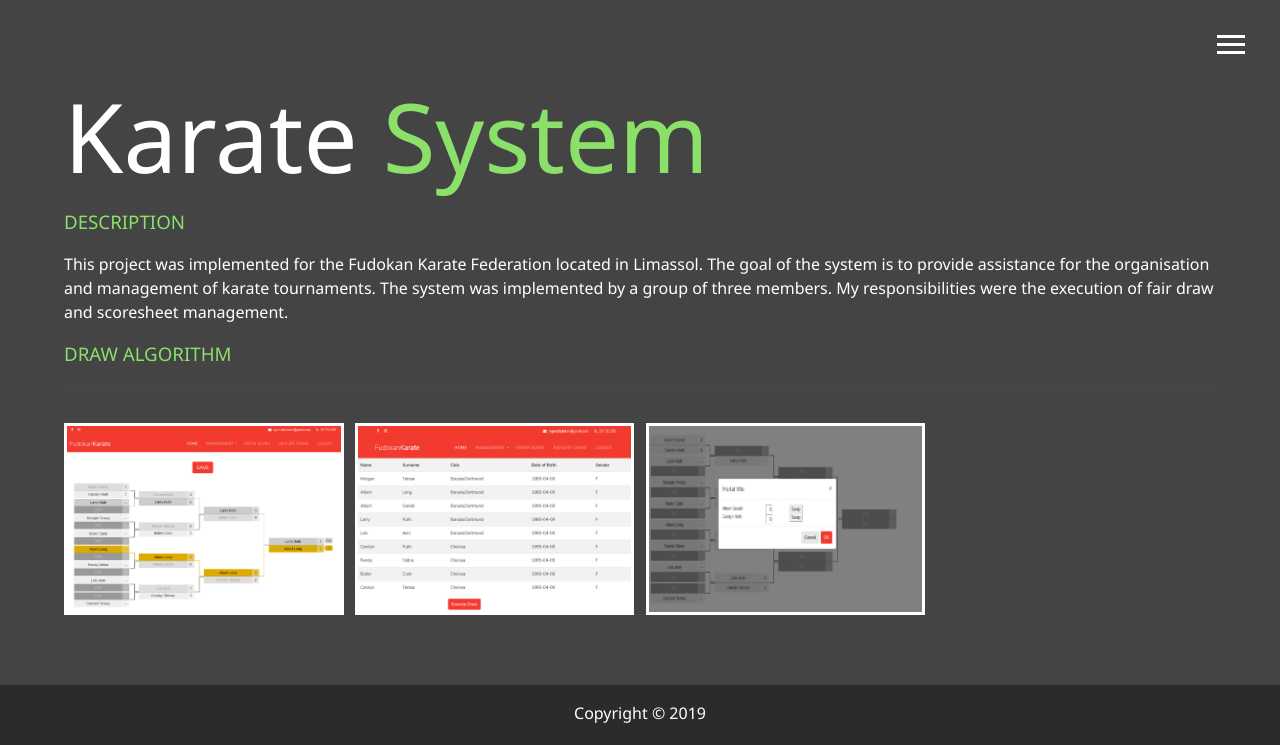
Repository: Preap/portfolio
Page: dist/projects/karate.html
The author's editor kept a copy of each file at every save. The page is drawn from the files as they stood at one save, then again after the next save.
The browser window is 1280 px wide. The pictures show the whole page.
Some web libraries are served in a nearby version.

Above is the page before, as saved 2019-06-06 00:59:22.

### dist/projects/karate.html
<!DOCTYPE html>
<html lang="en">
  <head>
    <meta charset="UTF-8" />
    <meta name="viewport" content="width=device-width, initial-scale=1.0" />
    <meta http-equiv="X-UA-Compatible" content="ie=edge" />
    <link
      rel="stylesheet"
      href="https://use.fontawesome.com/releases/v5.6.1/css/all.css"
      integrity="sha384-gfdkjb5BdAXd+lj+gudLWI+BXq4IuLW5IT+brZEZsLFm++aCMlF1V92rMkPaX4PP"
      crossorigin="anonymous"
    />
    <link rel="stylesheet" href="../css/main.css" />
    <title>My Karate Project</title>
  </head>
  <body>
    <header>
      <div class="menu-btn">
        <div class="btn-line"></div>
        <div class="btn-line"></div>
        <div class="btn-line"></div>
      </div>

      <nav class="menu">
        <div class="menu-branding"><div class="portrait"></div></div>

        <ul class="menu-nav">
          <li class="nav-item">
            <a href="../index.html" class="nav-link"> Home </a>
          </li>
          <li class="nav-item">
            <a href="../about.html" class="nav-link"> My Experience </a>
          </li>
          <li class="nav-item">
            <a href="../work.html" class="nav-link current"> My Projects </a>
          </li>
          <li class="nav-item">
            <a href="../contact.html" class="nav-link"> Contact Me </a>
          </li>
        </ul>
      </nav>
    </header>

    <main id="work">
      <h1 class="lg-heading">
        Karate <span class="text-secondary">System</span>
      </h1>

      <div class="project-description">
        <h3 class="text-secondary">DESCRIPTION</h3>
        <p>
          This project was implemented for the Fudokan Karate Federation located in Limassol.
          The goal of the system is to provide assistance for the organisation and management of karate tournaments.
          The system was implemented by a group of three members. My responsibilities were the execution of fair draw
          and scoresheet management.
        </p>
        <h3 class="text-secondary">DRAW ALGORITHM</h3>
        <p>

        </p>
      </div>
      <h2 class="sm-heading"></h2>
      <div class="projects">
        <div class="item">
          <a href="#!">
            <img src="../img/projects/karate/image1.png" alt="karate_image" />
          </a>
        </div>
        <div class="item">
          <a href="#!">
            <img src="../img/projects/karate/image2.jpg" alt="karate_image" />
          </a>
        </div>
        <div class="item">
          <a href="#!">
            <img src="../img/projects/karate/image3.jpg" alt="karate_image" />
      </div>
      <br>

    </main>

    <footer id="main-footer">
      Copyright &copy; 2019
    </footer>

    <script src="../js/main.js"></script>
  </body>
</html>

### dist/css/main.css
.menu-btn {
  position: absolute;
  top: 35px;
  right: 35px;
  z-index: 3;
  cursor: pointer;
  transition: all 0.5s ease-out;
}
.menu-btn .btn-line {
  width: 28px;
  height: 3px;
  margin: 0 0 5px 0;
  background: #fff;
  transition: all 0.5s ease-out;
}
.menu-btn.close {
  transform: rotate(180deg);
}
.menu-btn.close .btn-line:nth-child(1) {
  transform: rotate(45deg) translate(5px, 5px);
}
.menu-btn.close .btn-line:nth-child(2) {
  opacity: 0;
}
.menu-btn.close .btn-line:nth-child(3) {
  transform: rotate(-45deg) translate(6px, -6px);
}

.menu {
  position: fixed;
  top: 0;
  width: 100%;
  opacity: 0.98;
  visibility: hidden;
}
.menu.show {
  visibility: visible;
}
.menu-branding,
.menu-nav {
  display: flex;
  flex-flow: column wrap;
  align-items: center;
  justify-content: center;
  float: left;
  width: 50%;
  height: 100vh;
  overflow: hidden;
}
.menu-nav {
  margin: 0;
  padding: 0;
  background: #373737;
  list-style: none;
  transform: translate3d(100%, -100%, 0);
  transition: all 0.5s ease-out;
}
.menu-nav.show {
  transform: translate3d(0, 0, 0);
}
.menu-branding {
  background: #444;
  transform: translate3d(-100%, 100%, 0);
  transition: all 0.5s ease-out;
}
.menu-branding.show {
  transform: translate3d(0, 0, 0);
}
.menu-branding .portrait {
  width: 250px;
  height: 250px;
  background: url(../img/port2BW.jpg);
  border-radius: 50%;
  border: solid 3px #8be069;
  opacity: 1;
}
.menu .nav-item {
  transform: translate3d(600px, 0, 0);
  transition: all 0.5s ease-out;
}
.menu .nav-item.show {
  transform: translate3d(0, 0, 0);
}
.menu .nav-link {
  display: inline-block;
  position: relative;
  font-size: 50px;
  text-transform: uppercase;
  padding: 1rem 0;
  font-weight: 300;
  color: #fff;
  text-decoration: none;
  transition: all 0.5s ease-out;
}
.menu .nav-link:hover {
  color: #8be069;
  transition: all 0.5s ease-out;
}
.menu .nav-link.current {
  color: #8be069;
}

.nav-item:nth-child(1) {
  transition-delay: 0.15s;
}

.nav-item:nth-child(2) {
  transition-delay: 0.3s;
}

.nav-item:nth-child(3) {
  transition-delay: 0.45s;
}

.nav-item:nth-child(4) {
  transition-delay: 0.6s;
}

* {
  box-sizing: border-box;
}

body {
  background: #444;
  color: #fff;
  height: 100%;
  margin: 0;
  font-family: "Segoe UI", Tahoma, Geneva, Verdana, sans-serif;
  line-height: 1.5;
}
body#bg-img {
  background: url(../img/keyboard.jpg);
  background-attachment: fixed;
  background-size: cover;
}
body#bg-img::after {
  content: "";
  position: absolute;
  top: 0;
  right: 0;
  width: 100%;
  height: 100%;
  z-index: -1;
  background: rgba(68, 68, 68, 0.9);
}

h1,
h2,
h3 {
  margin: 0;
  font-weight: 400;
}
h1.lg-heading,
h2.lg-heading,
h3.lg-heading {
  font-size: 6rem;
}
h1.sm-heading,
h2.sm-heading,
h3.sm-heading {
  margin-bottom: 2rem;
  padding: 0.2rem 1rem;
  background: rgba(73, 73, 73, 0.5);
}

a {
  color: #fff;
  text-decoration-line: none;
}

header {
  position: fixed;
  z-index: 2;
  width: 100%;
}

.text-secondary {
  color: #8be069;
}

main {
  padding: 4rem;
  min-height: calc(100vh - 60px);
}
main .icons {
  margin-top: 1rem;
}
main .icons a {
  padding: 0.4rem;
}
main .icons a:hover {
  color: #8be069;
  transition: all 0.5s ease-out;
}
main#home {
  overflow: hidden;
}
main#home h1 {
  margin-top: 20vh;
}

.about-info {
  display: grid;
  grid-gap: 30px;
  grid-template-areas:
    "bioimage bio bio"
    "job1 job2 job3";
  grid-template-columns: repeat(3, 1fr);
}
.about-info .bio-image {
  grid-area: bioimage;
  margin: auto;
  border-radius: 50%;
  border: #8be069 3px solid;
}
.about-info .bio {
  grid-area: bio;
  font-size: 1.5rem;
}
.about-info .job-1 {
  grid-area: job1;
}
.about-info .job-2 {
  grid-area: job2;
}
.about-info .job-3 {
  grid-area: job3;
}
.about-info .job {
  background: #585858;
  padding: 0.5rem;
  border-bottom: #8be069 5px solid;
}

.projects {
  display: grid;
  grid-gap: 0.7rem;
  grid-template-columns: repeat(3, 1fr);
}
.projects img {
  width: 100%;
  border: 3px #fff solid;
}
.projects img:hover {
  opacity: 0.5;
  border-color: #8be069;
  transition: all 0.5s ease-out;
}

.boxes {
  display: flex;
  flex-wrap: wrap;
  justify-content: space-evenly;
  align-items: center;
  margin-top: 1rem;
}
.boxes div {
  font-size: 2rem;
  border: 3px #fff solid;
  padding: 1.5rem 2.5rem;
  margin-bottom: 3rem;
  transition: all 0.5s ease-out;
}
.boxes div:hover {
  padding: 0.5rem 1.5rem;
  background: #8be069;
  color: #000;
}
.boxes div:hover span {
  color: #000;
}

.btn,
.btn-dark,
.btn-light {
  display: block;
  padding: 0.5rem 1rem;
  border: 0;
  margin-bottom: 0.3rem;
}
.btn:hover,
.btn-dark:hover,
.btn-light:hover {
  background: #8be069;
  color: #000;
  transition: all 0.5s ease-out;
}

.btn-dark {
  background: black;
  color: #fff;
}

.btn-light {
  background: #c4c4c4;
  color: #000;
}

#main-footer {
  text-align: center;
  padding: 1rem;
  background: #2b2b2b;
  color: #fff;
  height: 60px;
}

.bio {
  grid-area: bio;
  font-size: 1.5rem;
}

@media screen and (min-width: 1171px) {
  .projects {
    grid-template-columns: repeat(4, 1fr);
  }
}

@media screen and (min-width: 769) and (max-width: 1170px) {
  .projects {
    grid-template-columns: repeat(3, 1fr);
  }
}

@media screen and (max-width: 768px) {
  main {
    align-items: center;
    text-align: center;
  }
  main .lg-heading {
    line-height: 1;
    margin-bottom: 1rem;
  }
  ul.menu-nav,
  div.menu-branding {
    float: none;
    width: 100%;
    min-height: 0;
  }
  ul.menu-nav.show,
  div.menu-branding.show {
    transform: translate3d(0, 0, 0);
  }
  .menu-nav {
    height: 75vh;
    transform: translate3d(-100%, 0, 0);
    font-size: 24px;
  }
  .menu-branding {
    height: 25vh;
    transform: translate3d(100%, 0, 0);
  }
  .menu-branding .portrait {
    background: url(../img/portSmallBW.jpg);
    width: 150px;
    height: 150px;
  }
  .about-info {
    grid-template-areas:
      "bioimage"
      "bio"
      "job1"
      "job2"
      "job3";
    grid-template-columns: 1fr;
  }
  .projects {
    grid-template-columns: repeat(2, 1fr);
  }
}

@media screen and (max-width: 500px) {
  main#home h1 {
    margin-top: 10vh;
  }
  .projects {
    grid-template-columns: 1fr;
  }
}

### dist/js/main.js
// Select DOM Items
const menuBtn = document.querySelector(".menu-btn");
const menu = document.querySelector(".menu");
const menuNav = document.querySelector(".menu-nav");
const menuBranding = document.querySelector(".menu-branding");
const navItems = document.querySelectorAll(".nav-item");

//Set initial state of menu

let showMenu = false;

menuBtn.addEventListener("click", toggleMenu);

function toggleMenu() {
  if (!showMenu) {
    menuBtn.classList.add("close");
    menu.classList.add("show");
    menuNav.classList.add("show");
    menuBranding.classList.add("show");
    navItems.forEach(item => item.classList.add("show"));

    //set menu state
    showMenu = true;
  } else {
    menuBtn.classList.remove("close");
    menu.classList.remove("show");
    menuNav.classList.remove("show");
    menuBranding.classList.remove("show");
    navItems.forEach(item => item.classList.remove("show"));

    //set menu state
    showMenu = false;
  }
}

After the next save:
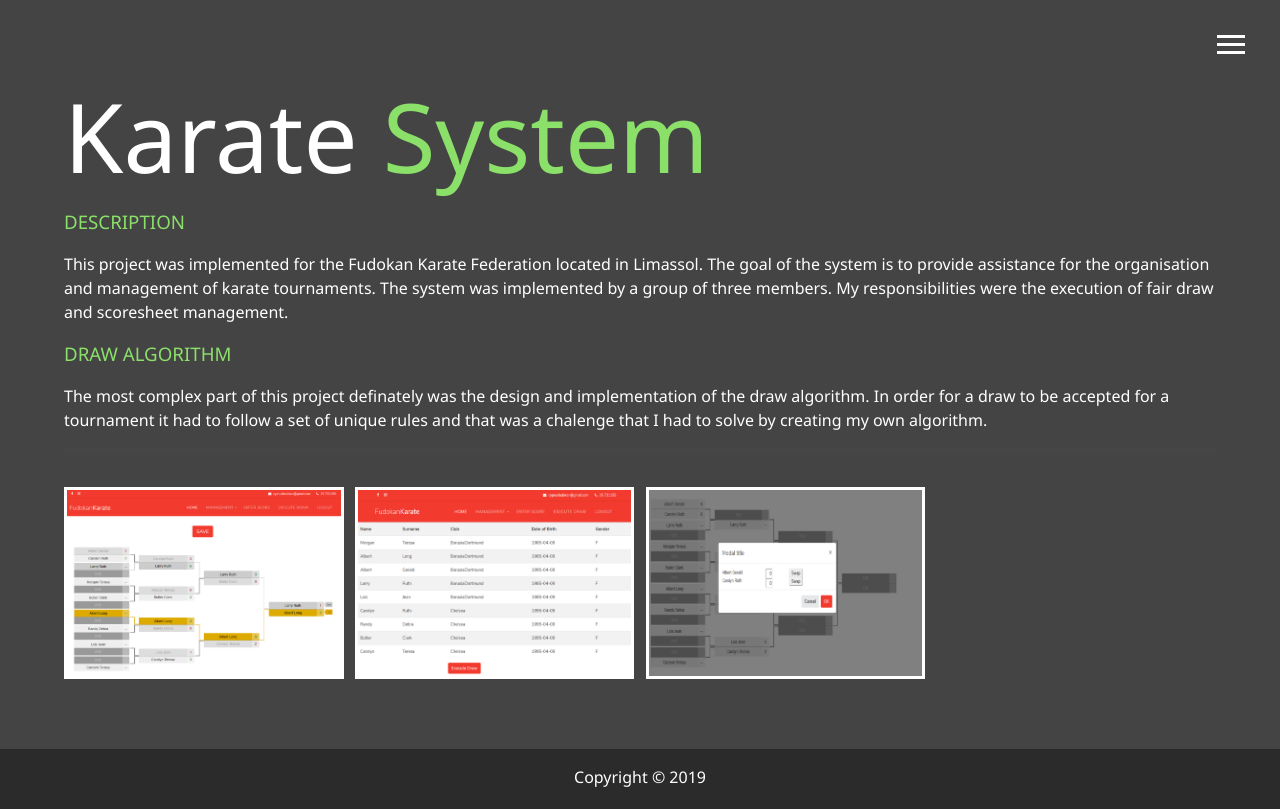
Saved 8 min 22 s later.
--- a/dist/projects/karate.html
+++ b/dist/projects/karate.html
@@ -56,7 +56,9 @@
         </p>
         <h3 class="text-secondary">DRAW ALGORITHM</h3>
         <p>
-
+          The most complex part of this project definately was the design and implementation of the draw algorithm.
+          In order for a draw to be accepted for a tournament it had to follow a set of unique rules and that was a chalenge
+          that I had to solve by creating my own algorithm.
         </p>
       </div>
       <h2 class="sm-heading"></h2>
